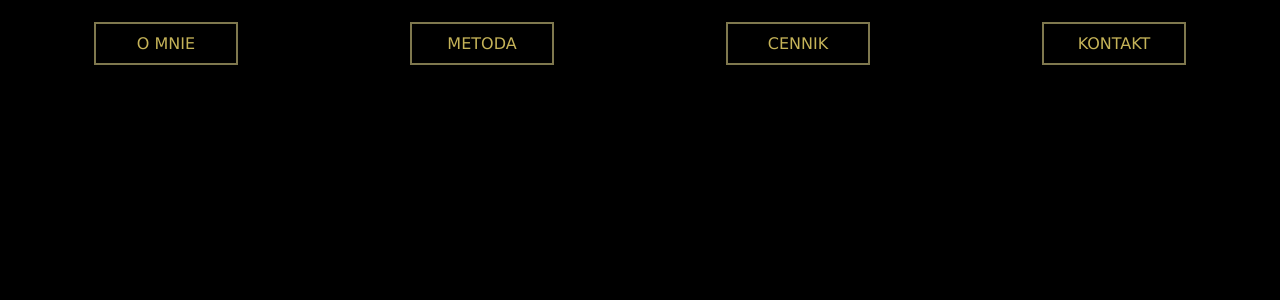
Repository: LechCieslak/Anna_Cieslak_v2.1
Page: index.html
An editor plug-in stored every save of this project. The page is shown before and after the next save, followed by the edit.
The browser window is 1280 px wide. The pictures show the whole page.

Above is the page before, as saved 2020-09-17 15:42:43.

After the next save:
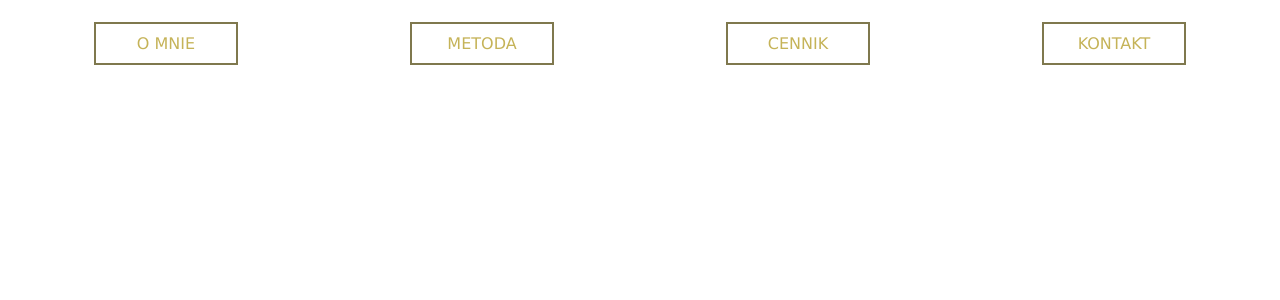
Saved 6 min 14 s later.
--- a/style.css
+++ b/style.css
@@ -7,8 +7,8 @@
     --tlo: #4C6464;
     --text: #C5B358;
     --ramka: #7F784E;
-    background-position-x: center;
-    background-color: black;
+    /* background-position-x: center;
+    background-color: black; */
     color: var(--text);
     /* animation: backgroundEffPoz 3s forwards; */
     display: block;
